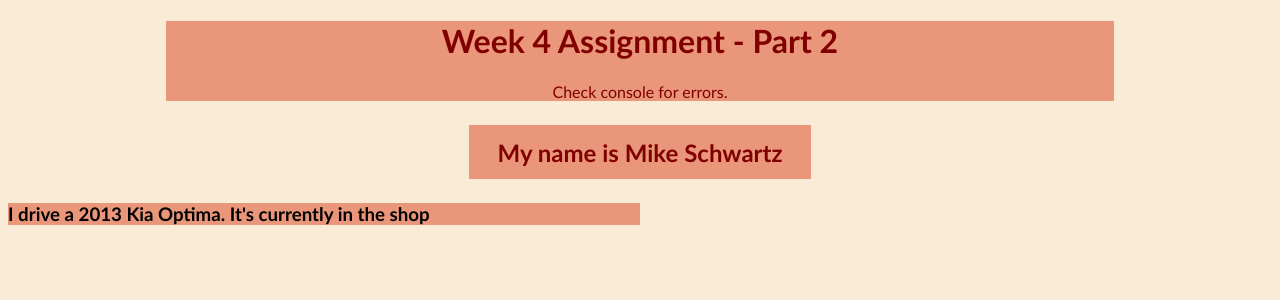
Repository: Ellusionism/prime-pw-week-4-assignment-part-2
Page: assignment/index.html
An editor plug-in stored every save of this project. The page is shown before and after the next save, followed by the edit.
The browser window is 1280 px wide. The pictures show the whole page.

Above is the page before, as saved 2022-11-16 18:04:48.

After the next save:
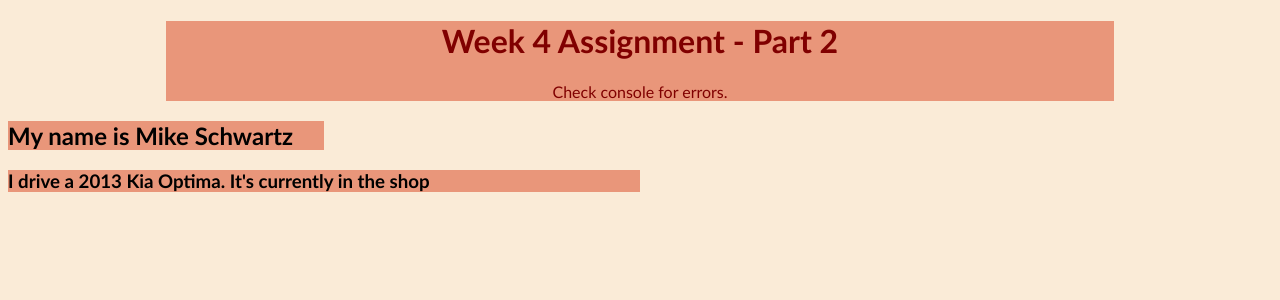
Saved 26 s later.
--- a/assignment/stylesheet.css
+++ b/assignment/stylesheet.css
@@ -25,11 +25,6 @@ body {
 .nameInfo {
  background-color:darksalmon;
  width: 25%;
- text-align: center;
- padding: 1%;
- display: block;
- margin: 1em auto;
- color: maroon;
 }
 
 .carInfo {
